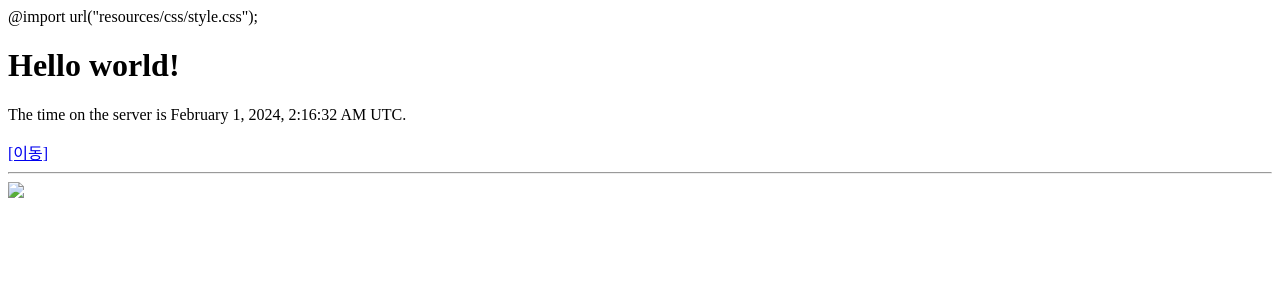
Repository: vvwvvwwvvw/sts-3
Page: http://localhost/spring-first/
These files come from the project's save history. The page is drawn as it stood at one moment and after the next save; the edit follows.
The browser window is 1280 px wide. The pictures show the whole page.
The page is served by Tomcat 9. The template is opened directly, without the code that normally fills it, so the values that code supplies are empty.

Above is the page before, as saved 2024-02-01 06:21:09.
Not found: spring-first/spring-first/resources/imgaes/다운로드.jpg

After the next save:
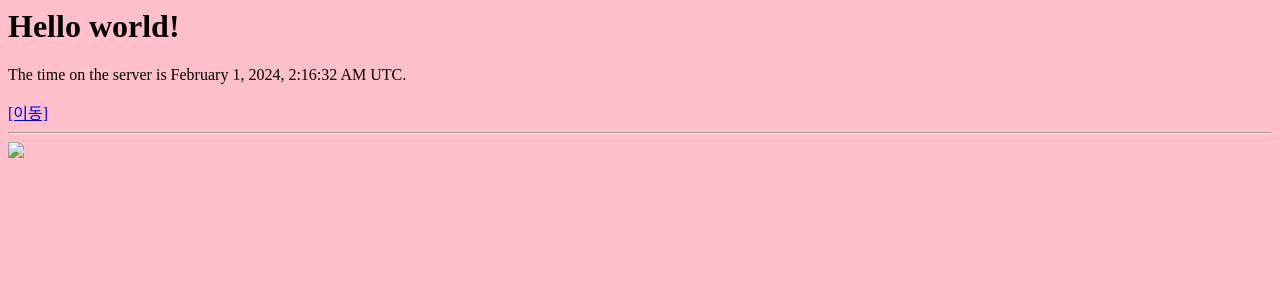
Saved 15 s later.
--- a/spring-first/src/main/webapp/WEB-INF/views/home.jsp
+++ b/spring-first/src/main/webapp/WEB-INF/views/home.jsp
@@ -2,8 +2,9 @@
     pageEncoding="UTF-8"%>
 <head>
 	<title>Home</title>
-	<style type="text/css"></style>
+	<style type="text/css">
 		@import url("resources/css/style.css");
+	</style>
 </head>
 <body>
 <h1>
